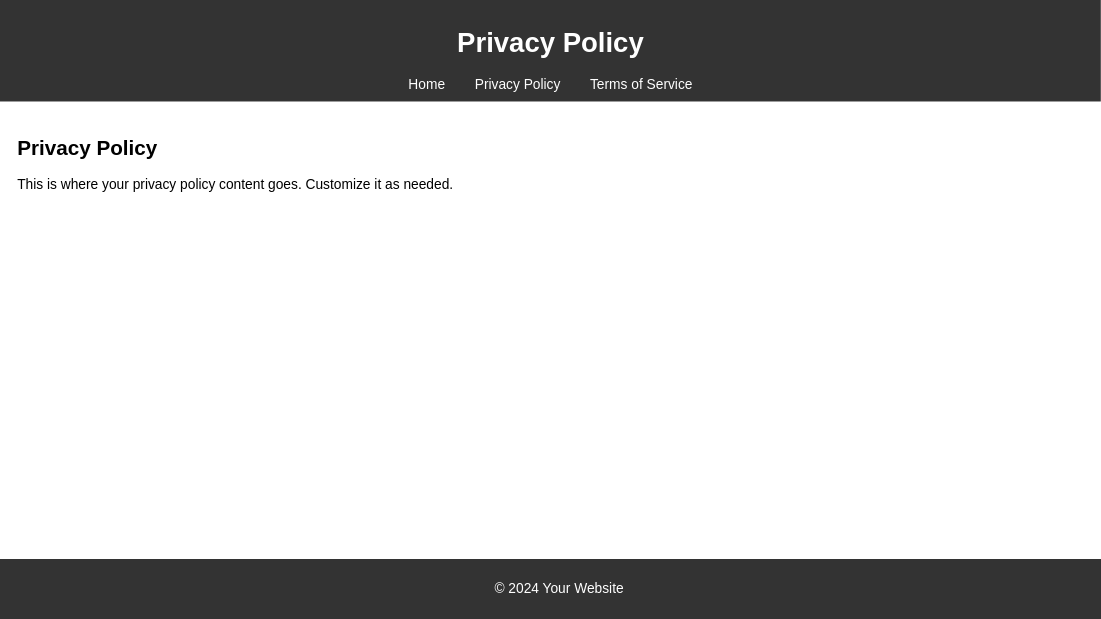
Repository: paypay-komi/mikaylas-site
Page: privacy-policy.html
An editor plug-in stored every save of this project. The page is shown before and after the next save, followed by the edit.
The browser window is 1280 px wide. The pictures show the whole page, at 86% of full size.

Above is the page before, as saved 2024-07-26 00:00:02.

After the next save:
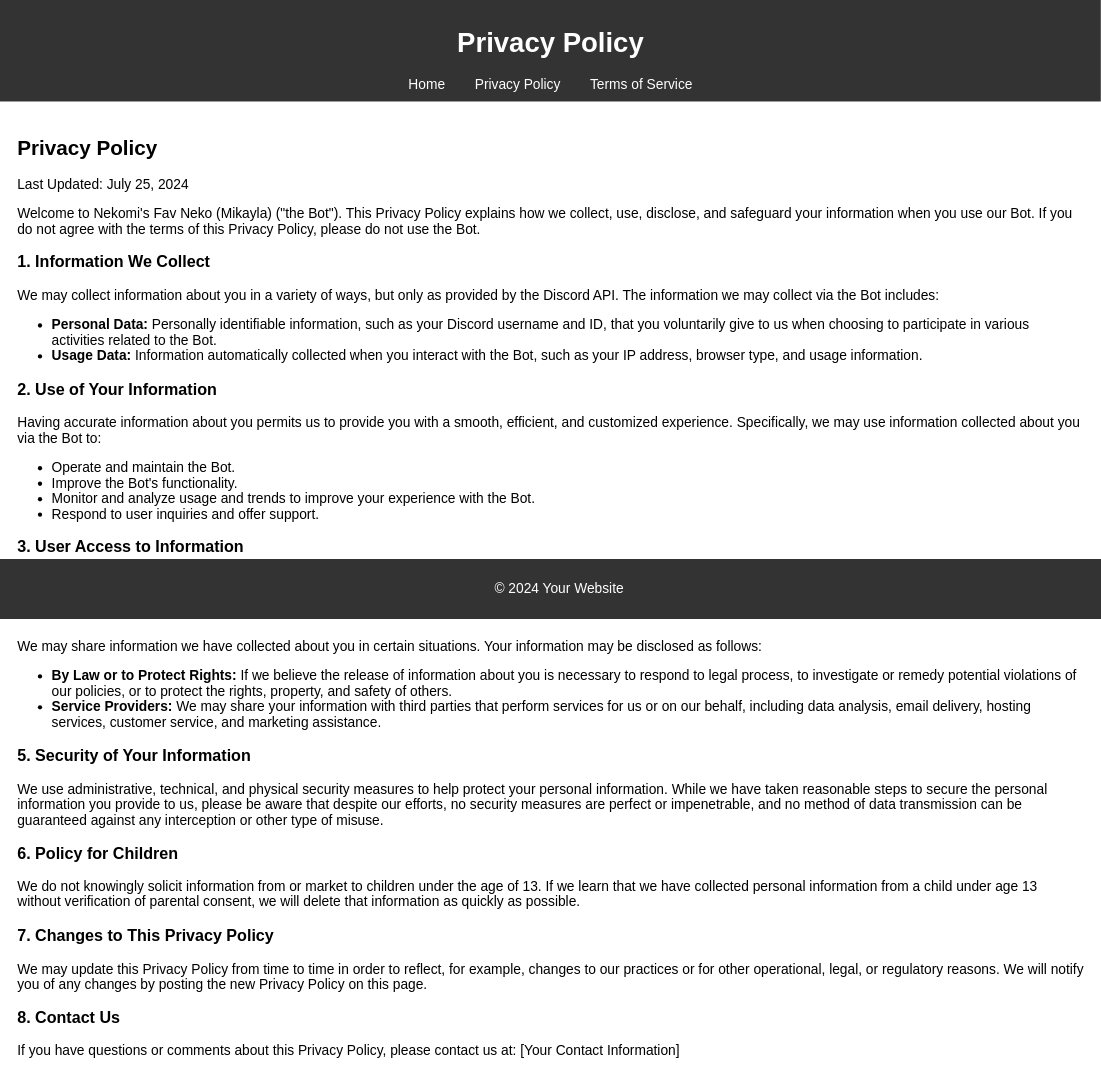
Saved 4 min 15 s later.
--- a/privacy-policy.html
+++ b/privacy-policy.html
@@ -17,8 +17,48 @@
     </header>
     <main>
         <h2>Privacy Policy</h2>
-        <p>This is where your privacy policy content goes. Customize it as needed.</p>
-        <!-- Add your privacy policy content here -->
+        <p>Last Updated: July 25, 2024</p>
+
+        <p>Welcome to Nekomi's Fav Neko (Mikayla) ("the Bot"). This Privacy Policy explains how we collect, use, disclose, and safeguard your information when you use our Bot. If you do not agree with the terms of this Privacy Policy, please do not use the Bot.</p>
+
+        <h3>1. Information We Collect</h3>
+        <p>We may collect information about you in a variety of ways, but only as provided by the Discord API. The information we may collect via the Bot includes:</p>
+        <ul>
+            <li><strong>Personal Data:</strong> Personally identifiable information, such as your Discord username and ID, that you voluntarily give to us when choosing to participate in various activities related to the Bot.</li>
+            <li><strong>Usage Data:</strong> Information automatically collected when you interact with the Bot, such as your IP address, browser type, and usage information.</li>
+        </ul>
+
+        <h3>2. Use of Your Information</h3>
+        <p>Having accurate information about you permits us to provide you with a smooth, efficient, and customized experience. Specifically, we may use information collected about you via the Bot to:</p>
+        <ul>
+            <li>Operate and maintain the Bot.</li>
+            <li>Improve the Bot's functionality.</li>
+            <li>Monitor and analyze usage and trends to improve your experience with the Bot.</li>
+            <li>Respond to user inquiries and offer support.</li>
+        </ul>
+
+        <h3>3. User Access to Information</h3>
+        <p>You can see all the data stored by the Bot using the <code>m.senddata</code> command. If the Bot leaves your guild, all your data is deleted.</p>
+
+        <h3>4. Disclosure of Your Information</h3>
+        <p>We may share information we have collected about you in certain situations. Your information may be disclosed as follows:</p>
+        <ul>
+            <li><strong>By Law or to Protect Rights:</strong> If we believe the release of information about you is necessary to respond to legal process, to investigate or remedy potential violations of our policies, or to protect the rights, property, and safety of others.</li>
+            <li><strong>Service Providers:</strong> We may share your information with third parties that perform services for us or on our behalf, including data analysis, email delivery, hosting services, customer service, and marketing assistance.</li>
+        </ul>
+
+        <h3>5. Security of Your Information</h3>
+        <p>We use administrative, technical, and physical security measures to help protect your personal information. While we have taken reasonable steps to secure the personal information you provide to us, please be aware that despite our efforts, no security measures are perfect or impenetrable, and no method of data transmission can be guaranteed against any interception or other type of misuse.</p>
+
+        <h3>6. Policy for Children</h3>
+        <p>We do not knowingly solicit information from or market to children under the age of 13. If we learn that we have collected personal information from a child under age 13 without verification of parental consent, we will delete that information as quickly as possible.</p>
+
+        <h3>7. Changes to This Privacy Policy</h3>
+        <p>We may update this Privacy Policy from time to time in order to reflect, for example, changes to our practices or for other operational, legal, or regulatory reasons. We will notify you of any changes by posting the new Privacy Policy on this page.</p>
+
+        <h3>8. Contact Us</h3>
+        <p>If you have questions or comments about this Privacy Policy, please contact us at: [Your Contact Information]</p>
+
     </main>
     <footer>
         <p>&copy; 2024 Your Website</p>
